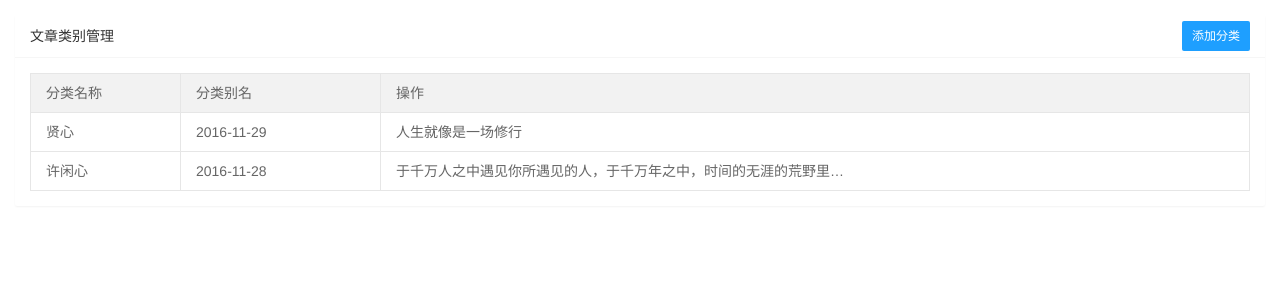
Repository: xxsleep/-
Page: home/article/art_cate.html
An editor plug-in stored every save of this project. The page is shown before and after the next save, followed by the edit.
The browser window is 1280 px wide. The pictures show the whole page.

Above is the page before, as saved 2020-11-27 17:41:36.

### home/article/art_cate.html
<!DOCTYPE html>
<html lang="en">

<head>
    <meta charset="UTF-8">
    <meta name="viewport" content="width=device-width, initial-scale=1.0">
    <title>Document</title>
    <link rel="stylesheet" href="/assets/lib/layui/css/layui.css">
    <link rel="stylesheet" href="/assets/css/article/art_cate.css">
</head>

<body>
    <div class="layui-card">
        <div class="layui-card-header">
            文章类别管理
            <button type="button" class="layui-btn layui-btn-sm layui-btn-normal" id="upBtn">添加分类</button>
        </div>
        <div class="layui-card-body">
            <table class="layui-table">
                <colgroup>
                    <col width="150">
                    <col width="200">
                    <col>
                </colgroup>
                <thead>
                    <tr>
                        <th>分类名称</th>
                        <th>分类别名</th>
                        <th>操作</th>
                    </tr>
                </thead>
                <tbody>
                    <tr>
                        <td>贤心</td>
                        <td>2016-11-29</td>
                        <td>人生就像是一场修行</td>
                    </tr>
                    <tr>
                        <td>许闲心</td>
                        <td>2016-11-28</td>
                        <td>于千万人之中遇见你所遇见的人，于千万年之中，时间的无涯的荒野里…</td>
                    </tr>
                </tbody>
            </table>
        </div>
    </div>



    <script src="/assets/lib/jquery.js"></script>
    <script src="/assets/lib/layui/layui.all.js"></script>
    <script src="/assets/lib/template-web.js"></script>
    <script src="/assets/js/ajaxBase.js"></script>
    <script src="/assets/js/article/art_cate.js"></script>
</body>

</html>

### assets/css/article/art_cate.css
* {
    margin: 0;
    padding: 0;
}

body {
    padding: 15px;
}

.layui-card-header {
    display: flex;
    justify-content: space-between;
    align-items: center;
}

#upBtn {
    line-height: 30px;
}

### assets/js/ajaxBase.js
$.ajaxPrefilter(function (options) {
    options.url = "http://ajax.frontend.itheima.net" + options.url;

    if (options.url.indexOf("/my/") !== -1) {
        options.headers = {
            Authorization: localStorage.getItem("token"),
        };
    }

    options.complete = function (xhr) {
        if (xhr.responseJSON.status === 1 && xhr.responseJSON.message === '身份认证失败') {
            localStorage.removeItem('token')
            location.href = '/home/login.html'
        }
    }





});

Loaded but not shown: assets/lib/layui/css/layui.css (library); assets/lib/jquery.js (library); assets/lib/layui/layui.all.js (library); assets/lib/template-web.js (library); assets/lib/layui/css/modules/laydate/default/laydate.css (library); assets/lib/layui/css/modules/layer/default/layer.css (library); assets/lib/layui/css/modules/code.css (common file); assets/js/article/art_cate.js (no stored copy; drawn as an empty file)

After the next save:
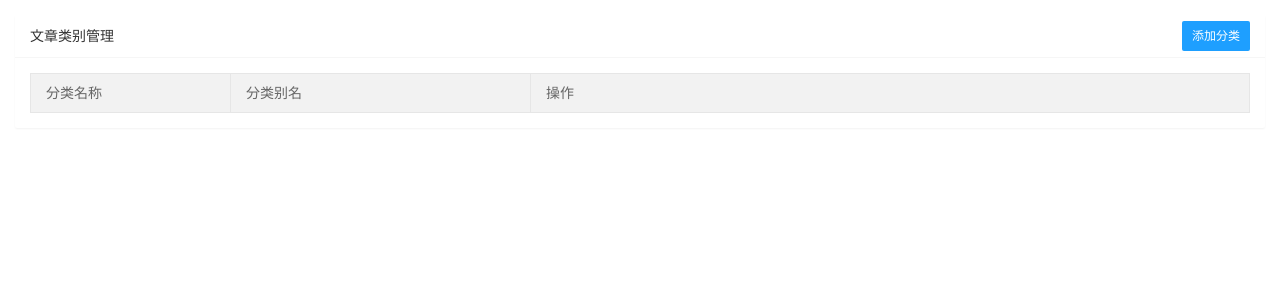
Saved 3 min 55 s later.
--- a/home/article/art_cate.html
+++ b/home/article/art_cate.html
@@ -18,8 +18,8 @@
         <div class="layui-card-body">
             <table class="layui-table">
                 <colgroup>
-                    <col width="150">
                     <col width="200">
+                    <col width="300">
                     <col>
                 </colgroup>
                 <thead>
@@ -30,16 +30,11 @@
                     </tr>
                 </thead>
                 <tbody>
-                    <tr>
+                    <!-- <tr>
                         <td>贤心</td>
                         <td>2016-11-29</td>
                         <td>人生就像是一场修行</td>
-                    </tr>
-                    <tr>
-                        <td>许闲心</td>
-                        <td>2016-11-28</td>
-                        <td>于千万人之中遇见你所遇见的人，于千万年之中，时间的无涯的荒野里…</td>
-                    </tr>
+                    </tr> -->
                 </tbody>
             </table>
         </div>
